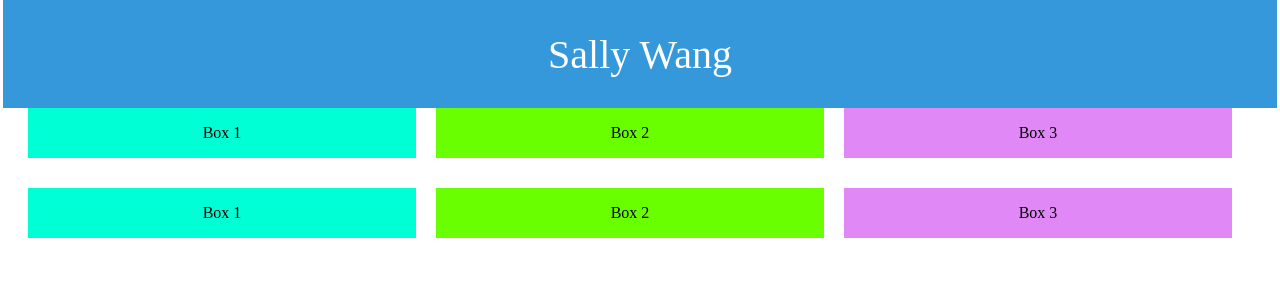
Repository: tianjiewang2022/tianjiewang2022.github.io
Page: index.html
An editor plug-in stored every save of this project. The page is shown before and after the next save, followed by the edit.
The browser window is 1280 px wide. The pictures show the whole page.

Above is the page before, as saved 2023-10-01 22:57:58.

### index.html
<!DOCTYPE html>
<html lang="en">

    <head>
        <meta charset="UTF-8">
        <meta name="viewport" content="width=device-width, initial-scale=1.0">
        <title>Sally's Webpage</title>
        <style>
            body {
                padding: 10px;
                left: 3%;
                right: 3%;
            }

            header {
                background-color: #3498db;
                /* Choose your header color */
                color: white;
                position: fixed;
                top: 0;
                height: 15%;
                left: 3px;
                right: 3px;
                display: flex;
                align-items: center;
                justify-content: center;
                z-index: 100;
                font-size: 40px;
            }

            .container {
                padding: 10px;
                display: flex;
                flex-wrap: wrap;
                justify-content: space-between;
                flex-wrap: nowrap;
            }

            .box {
                width: calc(33.33% - 20px);
                height: 50px;
                margin-right: 20px;
                background-color: #ccc;
                /* Default background color */
                /* Add margin between boxes */
                margin-bottom: 10px;
                background-color: #ccc;
                /* Default background color */
                text-align: center;
                display: flex;
                align-items: center;
                justify-content: center;
            }

            .blue {
                background-color: rgb(0, 255, 213);
            }

            .green {
                background-color: rgb(106, 255, 0);
            }

            .purple {
                background-color: rgb(225, 136, 247);
            }
        </style>
    </head>

    <body>
        <header>
            Sally Wang
        </header>

        <div class="container">
            <!-- Your content goes here -->
            <span class="box blue">Box 1</span>
            <span class="box green">Box 2</span>
            <span class="box purple">Box 3</span>
        </div>
        <div class="container">
            <!-- Your content goes here -->
            <span class="box blue">Box 1</span>
            <span class="box green">Box 2</span>
            <span class="box purple">Box 3</span>
        </div>
        <div class="container">
            <!-- Your content goes here -->
            <span class="box blue">Box 1</span>
            <span class="box green">Box 2</span>
            <span class="box purple">Box 3</span>
        </div>
    </body>

</html>

After the next save:
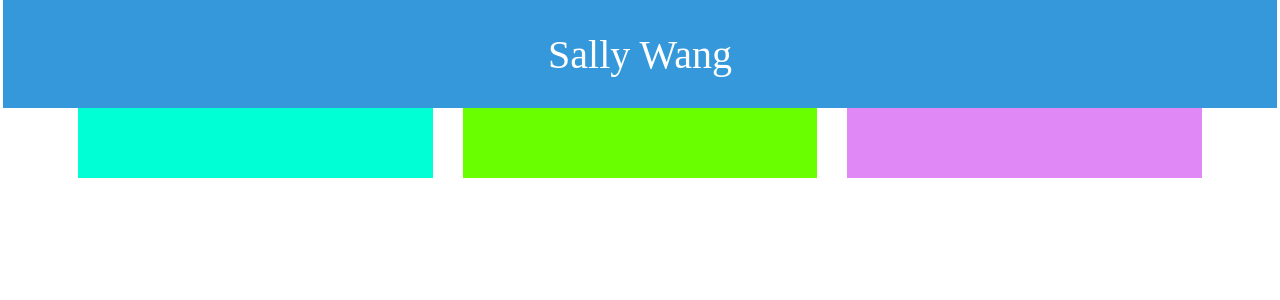
Saved 3 min 50 s later.
--- a/index.html
+++ b/index.html
@@ -7,7 +7,7 @@
         <title>Sally's Webpage</title>
         <style>
             body {
-                padding: 10px;
+                padding: 60px;
                 left: 3%;
                 right: 3%;
             }
@@ -38,12 +38,10 @@
 
             .box {
                 width: calc(33.33% - 20px);
-                height: 50px;
-                margin-right: 20px;
+                height: 100px;
                 background-color: #ccc;
                 /* Default background color */
                 /* Add margin between boxes */
-                margin-bottom: 10px;
                 background-color: #ccc;
                 /* Default background color */
                 text-align: center;
@@ -73,21 +71,9 @@
 
         <div class="container">
             <!-- Your content goes here -->
-            <span class="box blue">Box 1</span>
-            <span class="box green">Box 2</span>
-            <span class="box purple">Box 3</span>
-        </div>
-        <div class="container">
-            <!-- Your content goes here -->
-            <span class="box blue">Box 1</span>
-            <span class="box green">Box 2</span>
-            <span class="box purple">Box 3</span>
-        </div>
-        <div class="container">
-            <!-- Your content goes here -->
-            <span class="box blue">Box 1</span>
-            <span class="box green">Box 2</span>
-            <span class="box purple">Box 3</span>
+            <span class="box blue"></span>
+            <span class="box green"></span>
+            <span class="box purple"></span>
         </div>
     </body>
 
